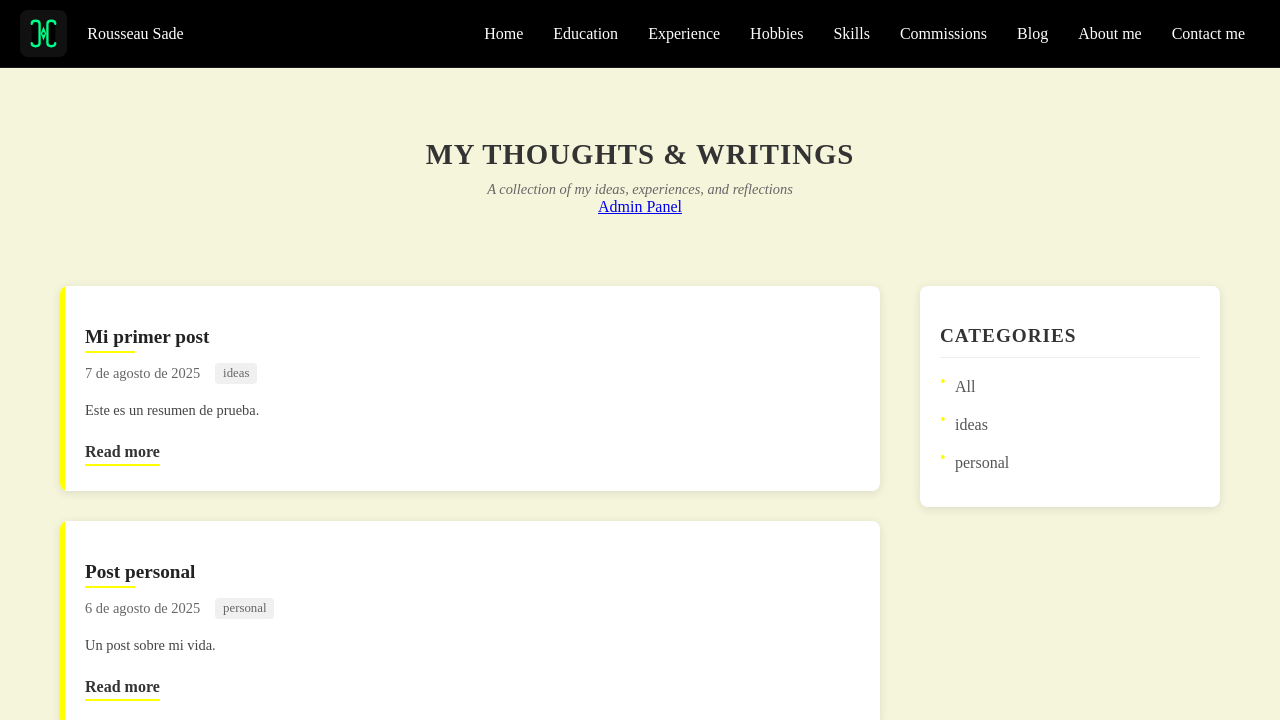
Repository: RousseauSade/html-portfolio
Page: Assets/Pages/Blogs/blog.html
These files come from the project's save history. The page is drawn as it stood at one moment and after the next save; the edit follows.
The browser window is 1280 px wide. The pictures show the whole page.
An inner scrolling area shows only its first screen.

Above is the page before, as saved 2025-11-25 16:44:35.

### Assets/Pages/Blogs/blog.html
<!DOCTYPE html>
<html lang="en">
<head>
    <meta charset="UTF-8">
    <meta name="viewport" content="width=device-width, initial-scale=1.0">
    <title>My Blog | Rousseau Sade</title>
    <link rel="stylesheet" href="./styles.css">
    <link rel="icon" href="./Assets/Images/icon.svg">
    <style>
        /* Estilos específicos para el blog */
        .blog-container {
            display: flex;
            flex-wrap: wrap;
            max-width: 1200px;
            margin: 30px auto;
            padding: 0 20px;
            gap: 40px;
        }

        .blog-posts {
            flex: 1;
            min-width: 300px;
        }

        .blog-sidebar {
            width: 300px;
        }

        /* Otros estilos que ya tienes... */
    </style>
</head>
<body>
  <div class="navigator">
    <div  class="Icono">
    <img src="./Assets/Images/icon.svg" alt="Icono de pagina">
    <p id="Nombre">Rousseau Sade</p>
    </div>

    <!-- Icono hamburguesa -->
    <div class="hamburger" id="hamburger">
      <span></span>
      <span></span>
      <span></span>
    </div>

    <!-- Menú de navegación -->
    <div class="pages" id="pages">
      <a href="../../../index.html" class="paginas">Home</a>
      <a href="../Education/education.html" class="paginas">Education</a>
      <a href="../Experience/experience.html" class="paginas">Experience</a>
      <a href="../Hobbies/hobbies.html" class="paginas">Hobbies</a>
      <a href="../Skills/skills.html" class="paginas">Skills</a>
      <a href="../Commissions/Commissions.html" class="paginas">Commissions</a>
      <a href="../Blogs/blog.html" class="paginas">Blog</a>
      <a href="../About/about.html" class="paginas">About me</a>
      <a href="../Contact/contact.html" class="paginas">Contact me</a>
    </div>
  </div>


  <main class="blog-container">
    <div class="blog-header">
      <h1>My Thoughts & Writings</h1>
      <p>A collection of my ideas, experiences, and reflections</p>
      <a href="./Blog/blog-admin.html" class="admin-link">Admin Panel</a>
    </div>

    <div class="blog-posts" id="blog-posts">
      <!-- Los posts se cargarán aquí dinámicamente -->
    </div>

    <div class="blog-sidebar">
      <div class="sidebar-section">
        <h3>Categories</h3>
        <ul class="categories-list" id="categories-list">
          <!-- Se generará dinámicamente -->
        </ul>
      </div>
    </div>
  </main>

<script>
  const blogPostsContainer = document.getElementById('blog-posts');
  const categoriesList = document.getElementById('categories-list');
  let posts = [];

  // Cargar posts desde posts.json
  fetch('./Assets/Posts/posts.json')
    .then(response => response.json())
    .then(data => {
      posts = data;
      displayPosts();
      generateCategories();
    });

  function displayPosts(filtered = posts) {
    blogPostsContainer.innerHTML = '';

    if (filtered.length === 0) {
      blogPostsContainer.innerHTML = '<p>No posts available.</p>';
      return;
    }

    filtered.forEach(post => {
      const postElement = document.createElement('article');
      postElement.className = 'blog-post';
      postElement.innerHTML = `
        <div class="post-header">
          <h2>${post.title}</h2>
          <div class="post-meta">
            <span class="post-date">${post.date}</span>
            <span class="post-category">${post.category}</span>
          </div>
        </div>
        <div class="post-content">
          <p>${post.excerpt}</p>
        </div>
        <a href="./Assets/Posts/${post.slug}.html" class="read-more">Read more</a>
      `;
      blogPostsContainer.appendChild(postElement);
    });
  }

  function generateCategories() {
    const categories = ['All', ...new Set(posts.map(p => p.category))];

    categoriesList.innerHTML = '';
    categories.forEach(category => {
      const li = document.createElement('li');
      const a = document.createElement('a');
      a.href = '#';
      a.textContent = category;
      a.addEventListener('click', (e) => {
        e.preventDefault();
        if (category === 'All') {
          displayPosts();
        } else {
          displayPosts(posts.filter(p => p.category === category));
        }
      });
      li.appendChild(a);
      categoriesList.appendChild(li);
    });
  }

    document.addEventListener('DOMContentLoaded', function() {
    const hamburger = document.querySelector('.hamburger');
    const pages = document.querySelector('.pages');

    hamburger.addEventListener('click', function() {
      this.classList.toggle('active');
      pages.classList.toggle('active');
    });


        // Add smooth scroll to all links
        document.querySelectorAll('a[href^="#"]').forEach(anchor => {
            anchor.addEventListener('click', function(e) {
                e.preventDefault();
                document.querySelector(this.getAttribute('href')).scrollIntoView({
                    behavior: 'smooth'
                });
            });
        });
    });
</script>


  <footer>
    <div class="footer-container">
    <div class="social-icons">
        <a href="https://www.tiktok.com/@rousseausade"><img src="https://cdn-icons-png.flaticon.com/512/3046/3046126.png" alt="TikTok" /></a>
        <a href="https://www.twitch.tv/rousseausade"><img src="https://cdn-icons-png.flaticon.com/512/5968/5968819.png" alt="Twitch" /></a>
        <a href="https://www.instagram.com/rousseusade/"><img src="https://cdn-icons-png.flaticon.com/512/2111/2111463.png" alt="Instagram" /></a>
        <a href="https://x.com/RoussSade"><img src="https://cdn-icons-png.flaticon.com/512/733/733579.png" alt="X (Twitter)" /></a>
        <a href="https://www.patreon.com/c/RousseauSade"><img src="./Assets/Images/patreon.png"  alt="Patreon" /></a>
        <a href="https://www.bible.com/es/bible/149/JHN.1.RVR1960"><img src="./Assets/Images/subscribestar.svg" alt="SubscribeStar" style="filter: invert(4);" /></a>
        <a href="https://t.me/rousseausade"><img src="https://cdn-icons-png.flaticon.com/512/2111/2111646.png" alt="Telegram"></a>
    </div>
    <p class="copyright">Rousseau Sade / Copyright © 2025 All rights reserved.</p>
    </div>
  </footer>
</body>
</html>

### Assets/Pages/Blogs/styles.css

/* Estilos base */
        html, body {
            height: 100%;
            width: 100%;
            margin: 0;
            padding: 0;
            overflow-x: hidden;
            background-color: beige;
        }

        * {
            box-sizing: border-box;
        }


        /* Navegador */
        .navigator {
            display: flex;
            justify-content: space-between;
            align-items: center;
            background-color: black;
            padding: 10px 20px;
            position: relative;
            z-index: 1000;
            backdrop-filter: blur(5px);
            border-bottom: 1px solid rgba(255,255,255,0.1);
        }

        .Icono {
            display: flex;
            align-items: center;
            gap: 20px;
        }

        .Icono > img {
            max-width: 20%;
            max-height: 20%;
        }

        #Nombre {
            color: white;
            margin: 0;
            font-size: clamp(0.8rem, 1rem, 1.5rem);
            font-weight: 500;
        }

        .pages {
            display: flex;
            transition: all 0.3s ease;
        }

        .paginas {
            color: white;
            text-decoration: none;
            margin: 0 10px;
            font-size: clamp(0.8rem, 1rem, 1.5rem);
            transition: color 0.3s ease, text-shadow 0.3s ease;
            padding: 5px 5px;
            border-radius: 4px;
        }

        .paginas:hover {
            color: yellow;
            text-shadow: 0 0 8px yellow;
            background-color: rgba(255, 255, 0, 0.1);
        }

        .hamburger {
            display: none;
            cursor: pointer;
            flex-direction: column;
            justify-content: space-around;
            width: 30px;
            height: 21px;
        }

        .hamburger span {
            display: block;
            height: 3px;
            width: 100%;
            background-color: white;
            transition: all 0.3s ease;
        }

        /* Footer */
        footer {
            background-color: rgba(0, 0, 0, 0.9);
            padding: 15px 0;
            box-shadow: 0 -2px 10px rgba(0, 0, 0, 0.2);
            z-index: 1000;
            backdrop-filter: blur(5px);
            border-top: 1px solid rgba(255, 255, 255, 0.1);
            position: relative;
            margin-top: 4rem;
        }

        .footer-container {
            display: flex;
            flex-direction: column;
            align-items: center;
            gap: 12px;
            max-width: 1200px;
            margin: 0 auto;
            padding: 0 20px;
        }

        .social-icons {
            display: flex;
            gap: 1.5rem;
            align-items: center;
            flex-wrap: wrap;
            justify-content: center;
        }

        .social-icons a {
            transition: transform 0.3s ease, opacity 0.3s ease;
            opacity: 0.8;
        }

        .social-icons a:hover {
            transform: translateY(-3px);
            opacity: 1;
        }

        .social-icons img {
            width: 30px;
            height: 30px;
            transition: transform 0.3s ease;
            filter: brightness(0.8);
        }

        .social-icons img:hover {
            filter: brightness(1.2);
        }

        .copyright {
            color: white;
            margin: 0;
            font-size: clamp(0.7rem, 0.9rem, 1rem);
            font-weight: 300;
            letter-spacing: 0.5px;
            text-align: center;
            opacity: 0.8;
        }

        /* Media Queries */
        @media (max-width: 1200px) {
            .hamburger {
                display: flex;
            }

            .pages {
                position: absolute;
                top: 100%;
                left: 0;
                width: 100%;
                background-color: rgba(0, 0, 0, 0.95);
                flex-direction: column;
                align-items: center;
                padding: 10px 0;
                max-height: 0;
                overflow: hidden;
                opacity: 0;
                backdrop-filter: blur(10px);
            }

            .pages.active {
                max-height: 500px;
                opacity: 1;
                padding: 20px 0;
            }

            .paginas {
                padding: 15px 0;
                width: 100%;
                text-align: center;
                margin: 0;
            }

            .Education {
                padding: 1rem;
            }

            .Education h1 {
                font-size: 2rem;
                margin: 1rem 0;
            }

            .Education ul {
                grid-template-columns: 1fr;
            }
        }

        @media (max-width: 768px) {
            .Education p {
                padding: 1rem;
                font-size: 1rem;
            }

            .social-icons {
                gap: 1rem;
            }

            .social-icons img {
                width: 25px;
                height: 25px;
            }

            .course-card {
                padding: 1rem;
            }
        }

        /* Hamburger Animation */
        .hamburger.active span:nth-child(1) {
            transform: translateY(8px) rotate(45deg);
        }

        .hamburger.active span:nth-child(2) {
            opacity: 0;
        }

        .hamburger.active span:nth-child(3) {
            transform: translateY(-8px) rotate(-45deg);
        }

/* Contenedor principal del blog */
.blog-container {
  display: flex;
  flex-wrap: wrap;
  max-width: 1200px;
  margin: 30px auto;
  padding: 0 20px;
  gap: 40px;
  min-height: calc(100vh - 200px);
}

/* Encabezado del blog */
.blog-header {
  width: 100%;
  text-align: center;
  margin-bottom: 30px;
  padding-top: 20px;
}

.blog-header h1 {
  font-size: clamp(1.8rem, 3vh, 3rem);
  color: #333;
  margin-bottom: 10px;
  text-transform: uppercase;
  letter-spacing: 1px;
}

.blog-header p {
  font-size: clamp(0.9rem, 1.2vh, 1.2rem);
  color: #666;
  font-style: italic;
  max-width: 600px;
  margin: 0 auto;
}

/* Área de posts */
.blog-posts {
  flex: 1;
  min-width: 300px;
}

.blog-post {
  background-color: white;
  border-radius: 8px;
  box-shadow: 0 2px 10px rgba(0, 0, 0, 0.1);
  padding: 25px;
  margin-bottom: 30px;
  transition: transform 0.3s ease, box-shadow 0.3s ease;
  position: relative;
  overflow: hidden;
}

.blog-post:hover {
  transform: translateY(-5px);
  box-shadow: 0 5px 15px rgba(0, 0, 0, 0.15);
}

.blog-post::before {
  content: '';
  position: absolute;
  top: 0;
  left: 0;
  width: 5px;
  height: 100%;
  background-color: yellow;
  transition: width 0.3s ease;
}

.blog-post:hover::before {
  width: 8px;
}

.post-header h2 {
  font-size: clamp(1.2rem, 1.8vh, 2rem);
  color: #222;
  margin-bottom: 10px;
  position: relative;
  padding-bottom: 5px;
}

.post-header h2::after {
  content: '';
  position: absolute;
  bottom: 0;
  left: 0;
  width: 50px;
  height: 2px;
  background-color: yellow;
}

.post-meta {
  display: flex;
  gap: 15px;
  margin-bottom: 15px;
  font-size: 0.9rem;
  color: #666;
  align-items: center;
}

.post-category {
  background-color: #f0f0f0;
  padding: 3px 8px;
  border-radius: 4px;
  font-size: 0.8rem;
}

.post-content {
  font-size: clamp(0.9rem, 1.1vh, 1.1rem);
  line-height: 1.6;
  color: #444;
  margin-bottom: 20px;
}

.read-more {
  display: inline-block;
  color: #333;
  font-weight: bold;
  text-decoration: none;
  border-bottom: 2px solid yellow;
  padding-bottom: 3px;
  transition: color 0.3s ease, border-color 0.3s ease;
}

.read-more:hover {
  color: #000;
  border-bottom-color: #000;
}

/* Barra lateral */
.blog-sidebar {
  width: 300px;
}

.sidebar-section {
  background-color: white;
  border-radius: 8px;
  box-shadow: 0 2px 10px rgba(0, 0, 0, 0.1);
  padding: 20px;
  margin-bottom: 30px;
}

.sidebar-section h3 {
  font-size: 1.2rem;
  color: #333;
  margin-bottom: 15px;
  padding-bottom: 10px;
  border-bottom: 1px solid #eee;
  text-transform: uppercase;
  letter-spacing: 1px;
}

.categories-list {
  list-style: none;
  padding: 0;
  margin: 0;
}

.categories-list li {
  margin-bottom: 10px;
  position: relative;
  padding-left: 15px;
}

.categories-list li::before {
  content: '•';
  position: absolute;
  left: 0;
  color: yellow;
}

.categories-list a {
  color: #555;
  text-decoration: none;
  transition: color 0.3s ease;
  display: block;
  padding: 5px 0;
}

.categories-list a:hover {
  color: #000;
  padding-left: 5px;
}

/* Estilos para posts completos */
.full-post {
  max-width: 800px;
  margin: 40px auto;
  background-color: white;
  border-radius: 8px;
  box-shadow: 0 2px 10px rgba(0, 0, 0, 0.1);
  padding: 40px;
}

.full-post h1 {
  font-size: clamp(1.5rem, 2.5vh, 2.5rem);
  color: #222;
  margin-bottom: 15px;
}

.full-post .post-meta {
  margin-bottom: 25px;
}

.full-post .post-content {
  font-size: 1.1rem;
  line-height: 1.8;
}

.full-post .post-content p {
  margin-bottom: 20px;
}

.back-to-blog {
  display: inline-block;
  margin-top: 30px;
  color: #333;
  text-decoration: none;
  font-weight: bold;
  transition: color 0.3s ease;
}

.back-to-blog:hover {
  color: #000;
  text-decoration: underline;
}

/* Footer */
footer {
  background-color: rgba(0, 0, 0, 0.9);
  padding: 15px 0;
  box-shadow: 0 -2px 10px rgba(0, 0, 0, 0.2);
  z-index: 1000;
  backdrop-filter: blur(5px);
  border-top: 1px solid rgba(255, 255, 255, 0.1);
  transition: all 0.3s ease;
}

.footer-container {
  display: flex;
  flex-direction: column;
  align-items: center;
  gap: 12px;
  max-width: 1200px;
  margin: 0 auto;
  padding: 0 20px;
}

.social-icons {
  display: flex;
  gap: 1.5rem;
  align-items: center;
}

.social-icons a {
  transition: transform 0.3s ease, opacity 0.3s ease;
  opacity: 0.8;
}

.social-icons a:hover {
  transform: translateY(-3px);
  opacity: 1;
}

.social-icons img {
  width: 30px;
  height: 30px;
  transition: transform 0.3s ease;
}

.copyright {
  color: white;
  margin: 0;
  font-size: clamp(0.7rem, 0.9rem, 1rem);
  font-weight: 300;
  letter-spacing: 0.5px;
  text-align: center;
}

footer:hover {
  background-color: rgba(0, 0, 0, 0.95);
}

/* Responsive styles */
@media (max-width: 768px) {
  .blog-container {
    flex-direction: column;
    gap: 20px;
  }

  .blog-sidebar {
    width: 100%;
    order: -1;
    margin-bottom: 20px;
  }

  .blog-post, .full-post {
    padding: 20px;
  }

  .footer-container {
    gap: 8px;
  }

  .social-icons {
    gap: 1rem;
  }

  .copyright {
    font-size: 0.7rem;
  }
}

@media (max-width: 480px) {
  .post-meta {
    flex-direction: column;
    gap: 5px;
    align-items: flex-start;
  }

  .full-post {
    padding: 20px 15px;
  }
}

/* Efectos específicos para categorías */
[data-category="estudios"]::before {
  background-color: #4CAF50;
}

[data-category="personal"]::before {
  background-color: #2196F3;
}

[data-category="ideas"]::before {
  background-color: #FFC107;
}

[data-category="escritos"]::before {
  background-color: #9C27B0;
}

/* Animación para carga de posts */
@keyframes fadeIn {
  from { opacity: 0; transform: translateY(20px); }
  to { opacity: 1; transform: translateY(0); }
}

.blog-post {
  animation: fadeIn 0.5s ease forwards;
}

.blog-post:nth-child(1) { animation-delay: 0.1s; }
.blog-post:nth-child(2) { animation-delay: 0.2s; }
.blog-post:nth-child(3) { animation-delay: 0.3s; }
.blog-post:nth-child(4) { animation-delay: 0.4s; }

### Assets/Pages/Blogs/Assets/Posts/posts.json
[
  {
    "title": "Mi primer post",
    "excerpt": "Este es un resumen de prueba.",
    "category": "ideas",
    "date": "7 de agosto de 2025",
    "slug": "mi-primer-post"
  },
  {
    "title": "Post personal",
    "excerpt": "Un post sobre mi vida.",
    "category": "personal",
    "date": "6 de agosto de 2025",
    "slug": "post-personal"
  }
]

After the next save:
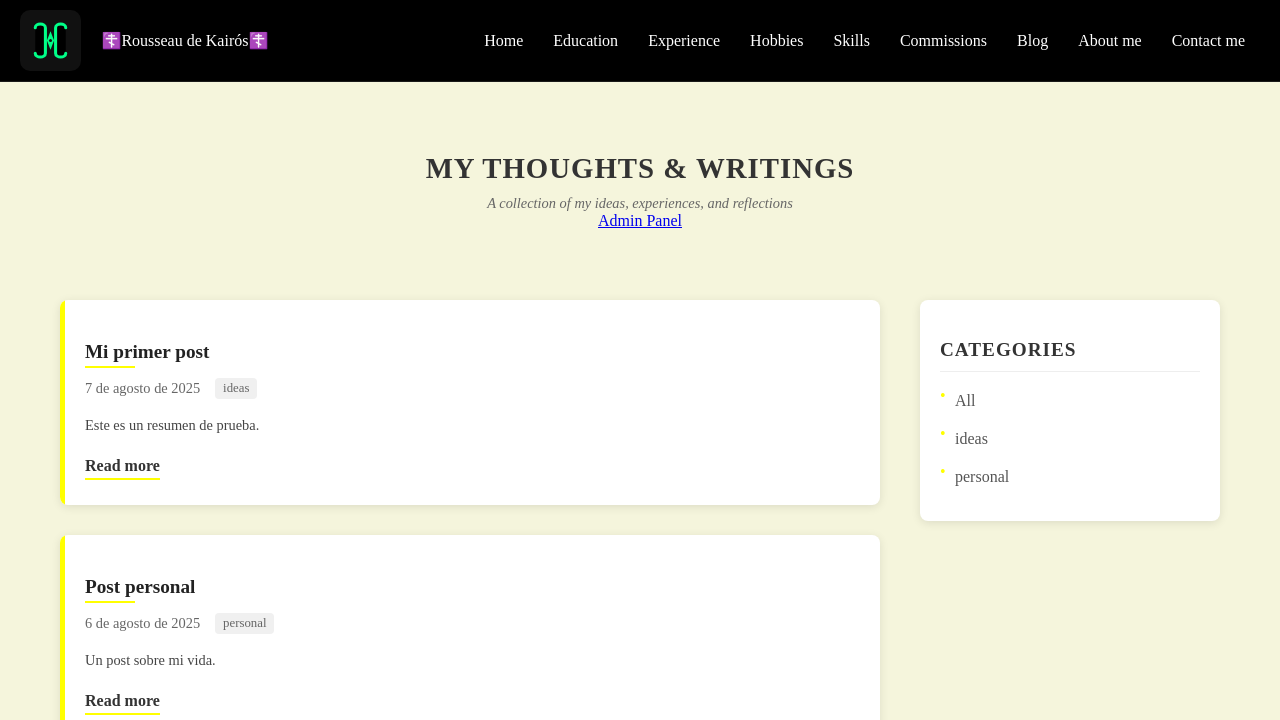
Saved 7 s later.
--- a/Assets/Pages/Blogs/blog.html
+++ b/Assets/Pages/Blogs/blog.html
@@ -33,7 +33,7 @@
   <div class="navigator">
     <div  class="Icono">
     <img src="./Assets/Images/icon.svg" alt="Icono de pagina">
-    <p id="Nombre">Rousseau Sade</p>
+    <p id="Nombre">☦️Rousseau de Kairós☦️</p>
     </div>
 
     <!-- Icono hamburguesa -->
